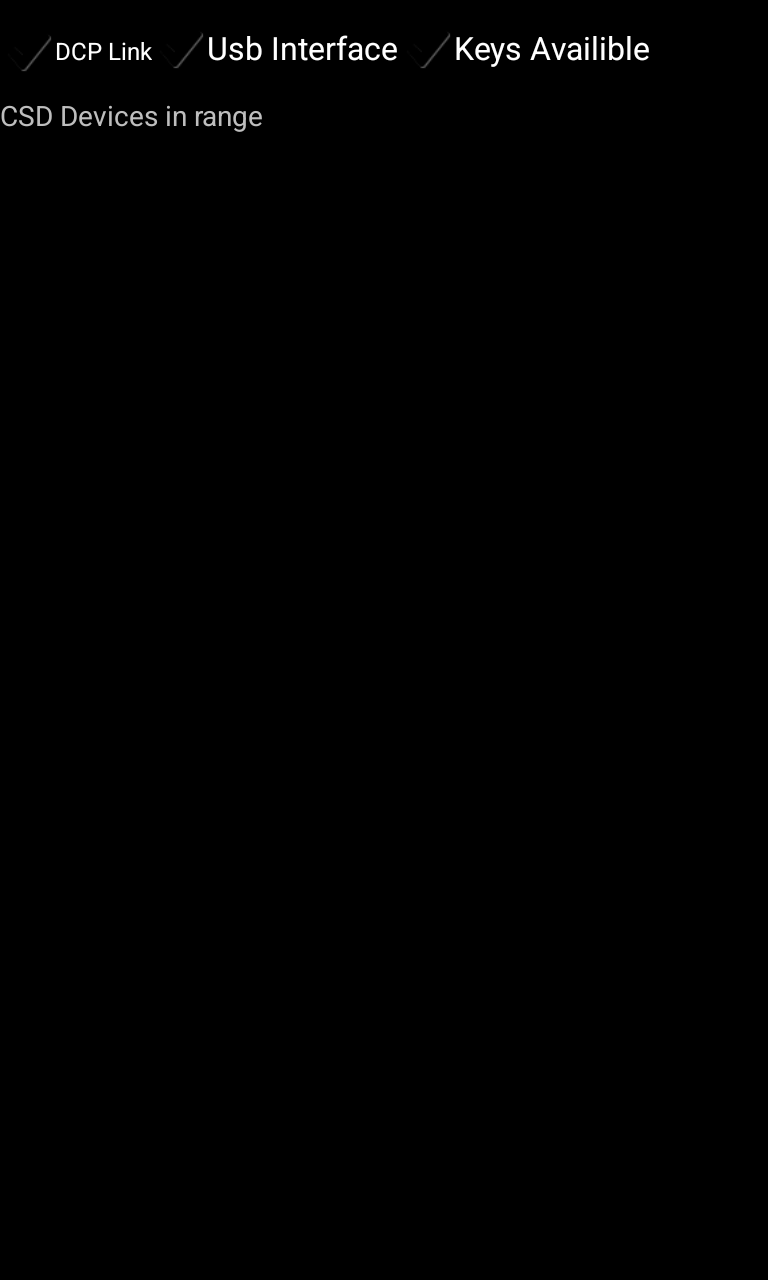
Repository: sergioenriquez/CSTE
Layout: HNAD/res/layout/devicelist.xml
An editor plug-in stored every save of this project. The layout is shown before and after the next save, followed by the edit.
It is drawn on a 768 x 1280 px phone screen (xhdpi) without system bars, with theme android:Theme.NoTitleBar; the app's code is not run. Lists and similar views that code fills are empty.

Above is the layout before, as saved 2011-12-18 03:46:42.

After the next save:
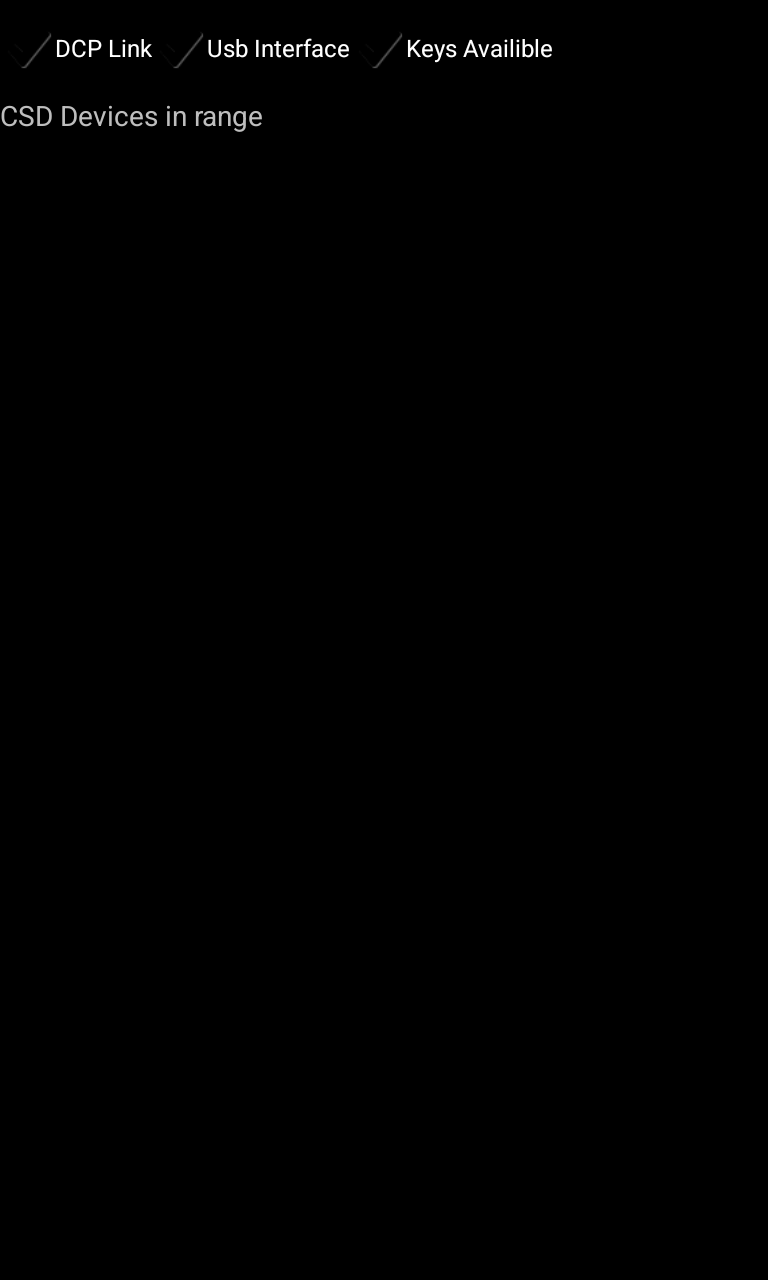
Saved 12 s later.
--- a/HNAD/res/layout/devicelist.xml
+++ b/HNAD/res/layout/devicelist.xml
@@ -19,7 +19,7 @@
         <CheckBox
 	        android:id="@+id/usblink"
 	        android:text="Usb Interface"
-	        android:button="@drawable/smallcheckbox"
+	        android:textSize="12sp"
 	        android:button="@drawable/smallcheckbox"
 	        android:editable="false"
 	        android:layout_width="wrap_content"
@@ -27,7 +27,7 @@
         <CheckBox
 	        android:id="@+id/keysavalible"
 	        android:text="Keys Availible"
-	        android:button="@drawable/smallcheckbox"
+	        android:textSize="12sp"
 	        android:button="@drawable/smallcheckbox"
 	        android:editable="false"
 	        android:layout_width="wrap_content"
